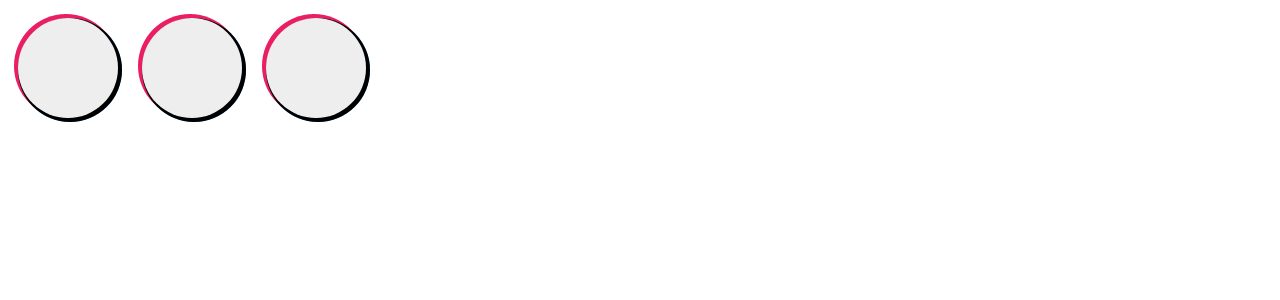
Repository: Body789/CSS_ELZERO
Page: Assignments/Assigmennt_10/Assignment_1/index.html
These files come from the project's save history. The page is drawn as it stood at one moment and after the next save; the edit follows.
The browser window is 1280 px wide. The pictures show the whole page.

Above is the page before, as saved 2022-09-18 00:24:56.

After the next save:
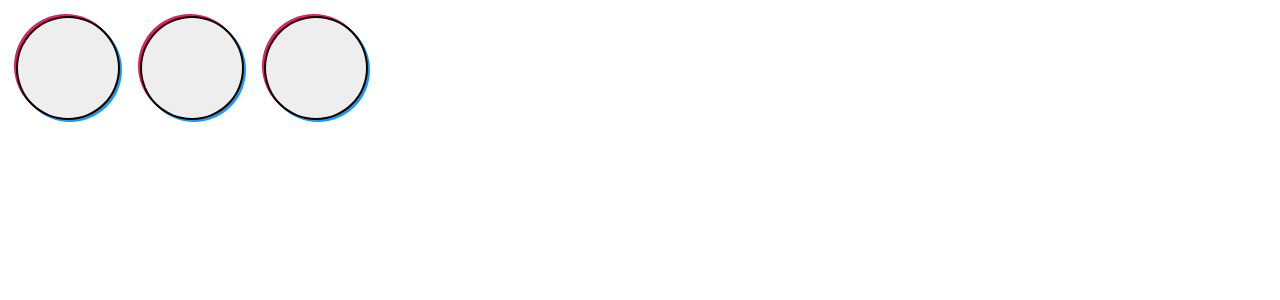
Saved 17 s later.
--- a/Assignments/Assigmennt_10/Assignment_1/Css/style.css
+++ b/Assignments/Assigmennt_10/Assignment_1/Css/style.css
@@ -1,5 +1,5 @@
 div {
-  box-shadow: 2px 2px 0px 2px black, -2px -2px 0px 2px #e91e63, 2px 2px 0px 2px #2196f3;
+  box-shadow: 0px 0px 0px 2px black, -2px -2px 0px 2px #e91e63, 2px 2px 0px 2px #2196f3;
   width: 100px;
   height: 100px;
   display: inline-block;
